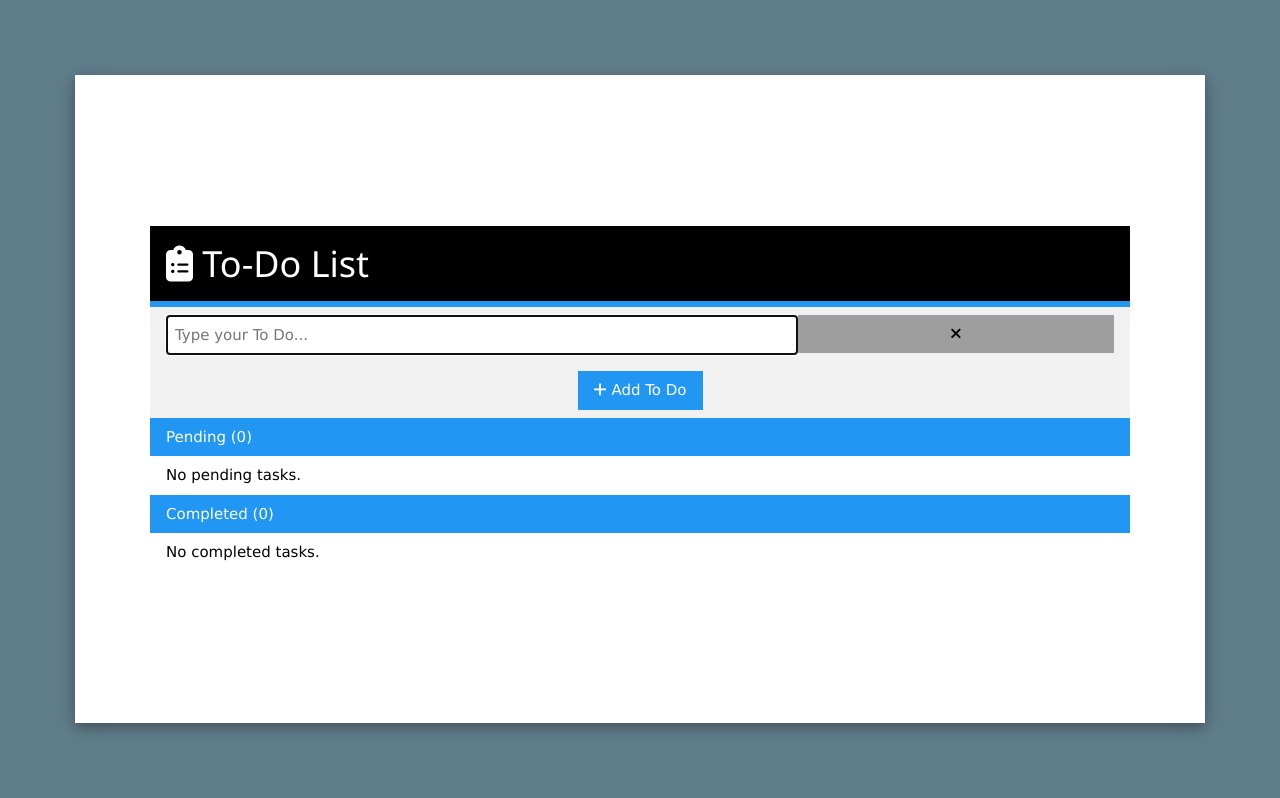
Repository: bclover/vue3-design-patterns-book
Page: /
These files come from the project's save history. The page is drawn as it stood at one moment and after the next save; the edit follows.
The browser window is 1280 px wide. The pictures show the whole page.
The project was rebuilt for these pictures with package versions that can differ from the ones it lists, and the page was loaded fresh each time. Also part of the build but not shown: vite.config.ts.

Above is the page before, as saved 2023-06-19 22:39:39.

After the next save:
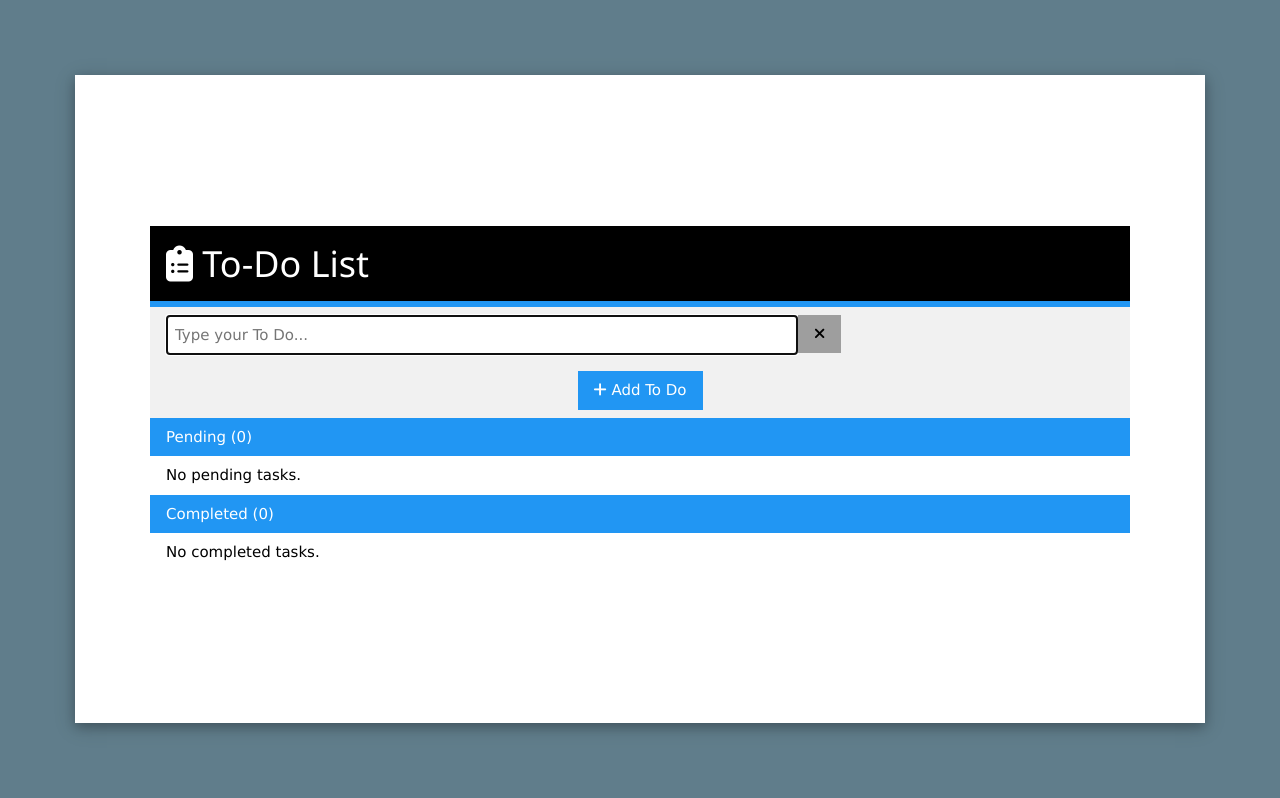
Saved 33 s later.
--- a/src/components/ToDos.vue
+++ b/src/components/ToDos.vue
@@ -49,7 +49,7 @@ function addToDo() {
         @keyup.enter="addToDo()"
         placeholder="Type your To Do..."
       />
-      <button class="w3-button w3-third w3-gray" @click="clearToDo()">
+      <button class="w3-button w3-gray" @click="clearToDo()">
         <i class="fa-solid fa-times"></i>
       </button>
     </div>
